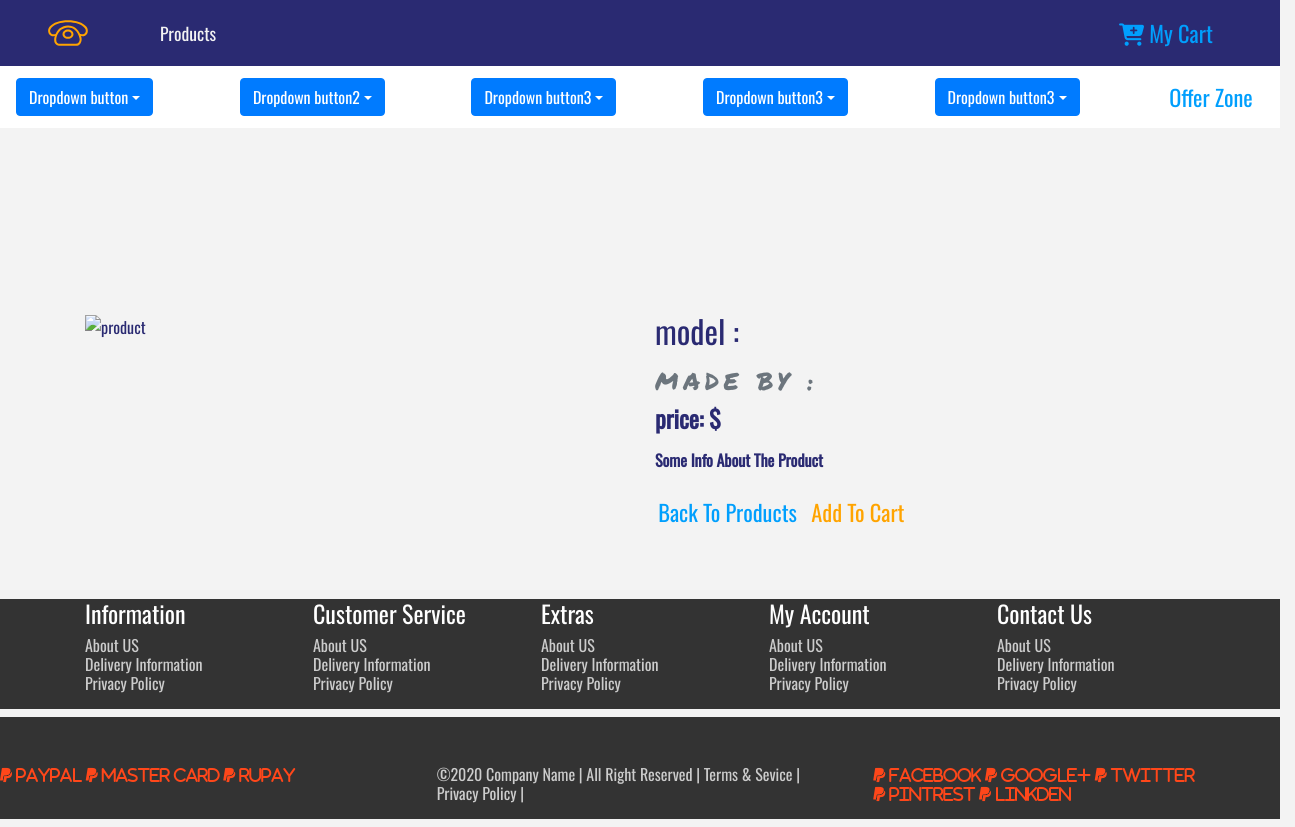
Repository: aditya1068/Online-Store
Page: /details
An editor plug-in stored every save of this project. The page is shown before and after the next save, followed by the edit.
The browser window is 1280 px wide. The page is 1295 px wide, so the pictures cover 1295 px, including what lies to the right of the window. The pictures show the whole page.
Some web libraries are served in a nearby version. The project was rebuilt for these pictures with package versions that can differ from the ones it lists, and the page was loaded fresh each time. Also part of the build but not shown: src/components/Videos.js, src/components/Products.js, src/components/Title.js, src/components/ProductsList.js, src/components/Cart.js, src/components/Default.js, src/components/Slider.js.

Above is the page before, as saved 2020-04-14 20:24:11.

After the next save:
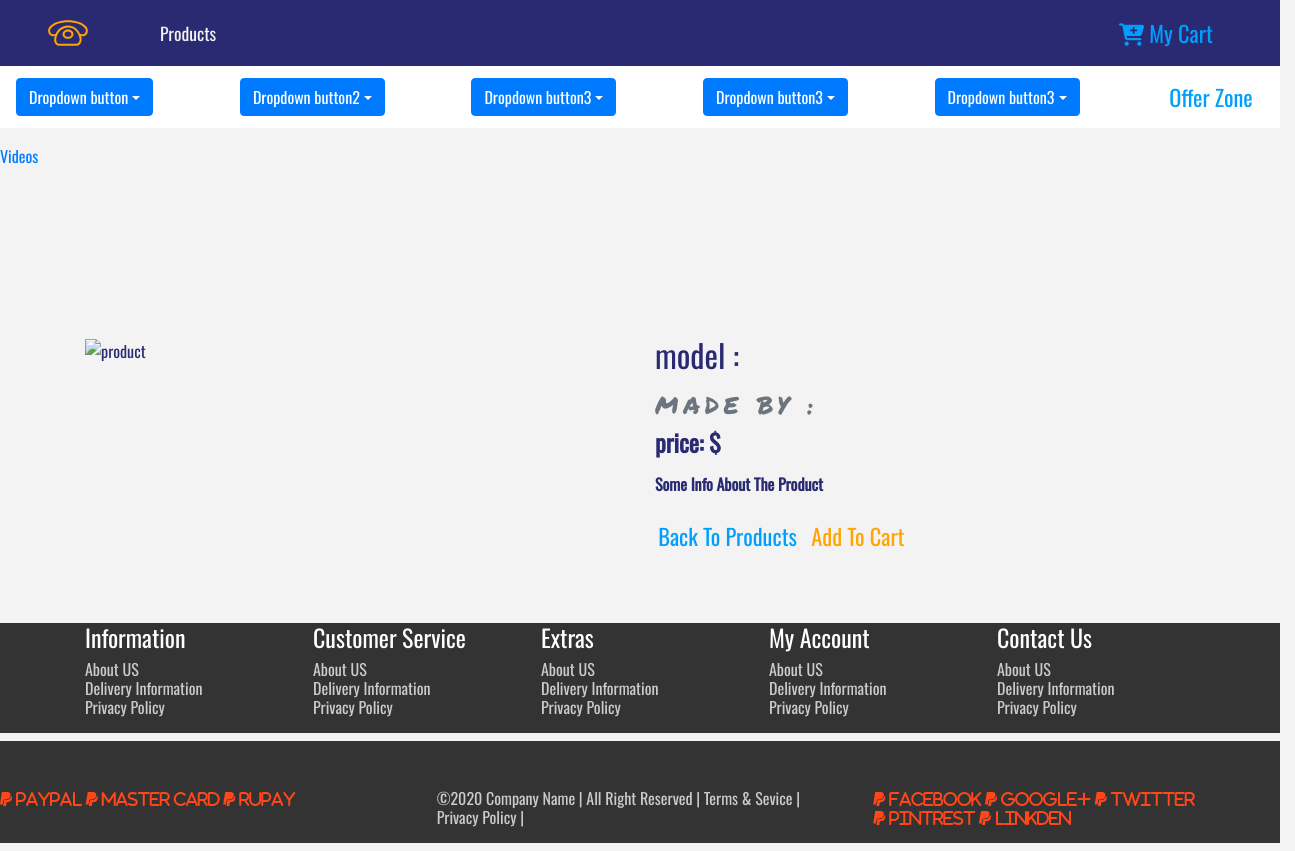
Saved 56 s later.
--- a/src/components/Navbar1.js
+++ b/src/components/Navbar1.js
@@ -55,6 +55,7 @@ export default class Navbar1 extends Component {
 
 
    </Dropdown>
+   <Link to ="/videos">Videos</Link>
    <Route path ="/videos" exact component ={
               () => (<Videos></Videos>)
             } />
